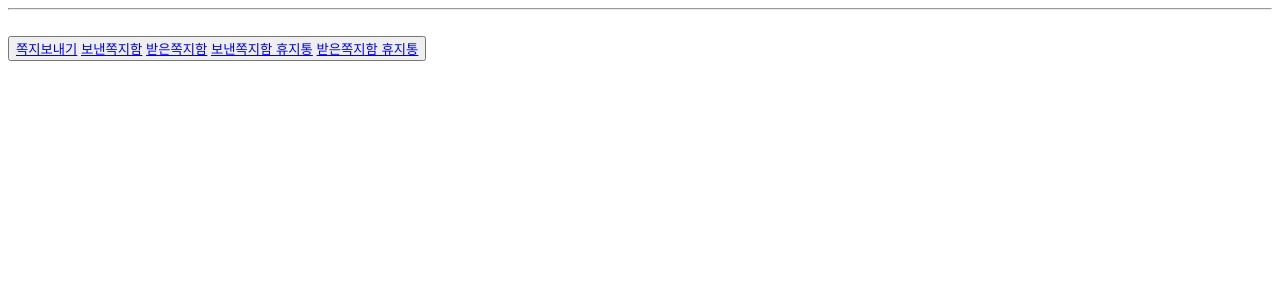
Repository: lss7612/kh_semi_workspace
Page: http://localhost/KH_semiProject/views/noteViews/buttons.jsp
These files come from the project's save history. The page is drawn as it stood at one moment and after the next save; the edit follows.
The browser window is 1280 px wide. The pictures show the whole page.
The page is served by Tomcat 9. Nobody is signed in. The application's start-up code is not run.

Above is the page before, as saved 2020-11-04 08:29:22.

After the next save:
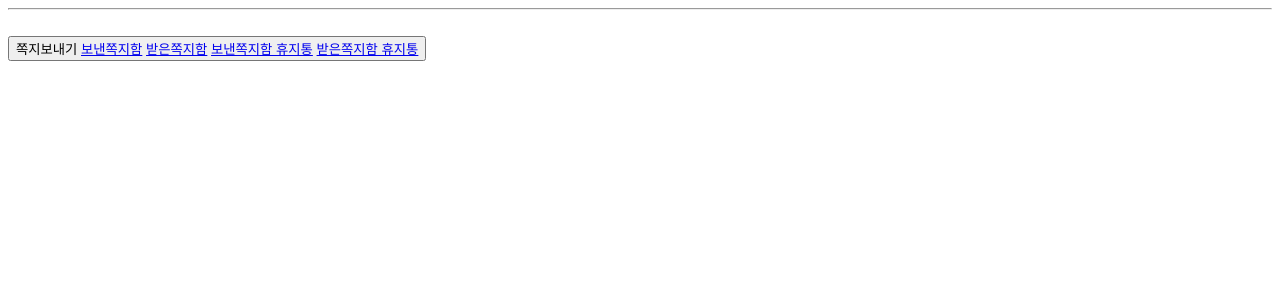
Saved 14 s later.
--- a/KH_semiProject/WebContent/views/noteViews/buttons.jsp
+++ b/KH_semiProject/WebContent/views/noteViews/buttons.jsp
@@ -4,7 +4,7 @@
 <hr>
 <div class="">
 <br>
-<button class="btn-primary "><a href="/note/send">쪽지보내기</a></span>
+<button class="btn-primary ">쪽지보내기</span>
 <span><a href="/note/sent">보낸쪽지함</a></span>
 <span><a href="/note/received">받은쪽지함</a></span>
 <span><a href="/note/sendnotebin">보낸쪽지함 휴지통</a></span>
